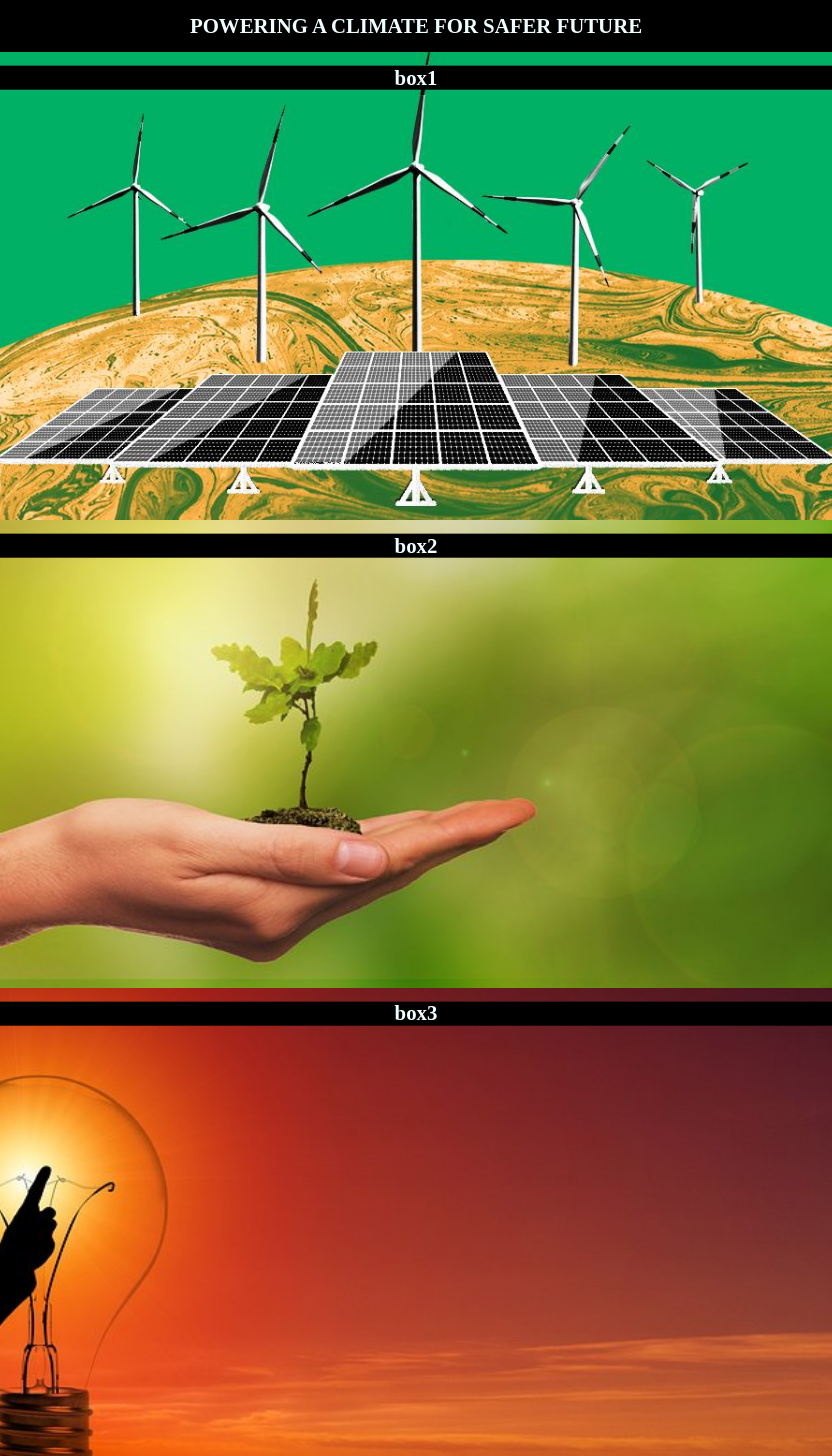
Repository: NavinDayanithi/static-web-design-competition
Page: index.html
These files come from the project's save history. The page is drawn as it stood at one moment and after the next save; the edit follows.
The browser window is 1280 px wide. The pictures show the whole page, at 65% of full size.
Backgrounds fixed to the window are drawn as part of the page.

Above is the page before, as saved 2023-04-28 19:38:46.

### index.html
<!DOCTYPE html>
<html lang="en">
<head>
  <title>POWERING CLIMATE </title>
  <link rel="stylesheet" href="styles.css">
</head>
<body>
    <h1 >POWERING A CLIMATE FOR SAFER FUTURE</h1>
    <div class="box1">
        <h1>box1</h1>
    </div>
    <div class="box2">
        <h1>box2</h1>
    </div>
    <div class="box3">
        <h1>box3</h1>
    </div>
</body>
</html>

### styles.css
*
{
    text-align:center;
    background-color: black;
    color:azure;
}
head{
    background-color: aqua;
}
 body{
    margin: 0;
    padding: 0;
    /* background-color: blue; */
}
head{
    text-align: center;
}

.box1{
    height: 100vh;
    width:100%;
    background-image: url(img1.jpg);
    background-size: cover;
    background-position: center;
    display: table;
    background-attachment: fixed;
}

.box2{
    height: 100vh;
    width:100%;
    background-image: url(img2.jpg);
    background-size: cover;
    background-position: center;
    display: table;
    background-attachment: fixed;
}

.box3{
    height: 100vh;
    width:100%;
    background-image: url(img3.jpg);
    background-size: cover;
    background-position: center;
    display: table;
    background-attachment: fixed;
}

After the next save:
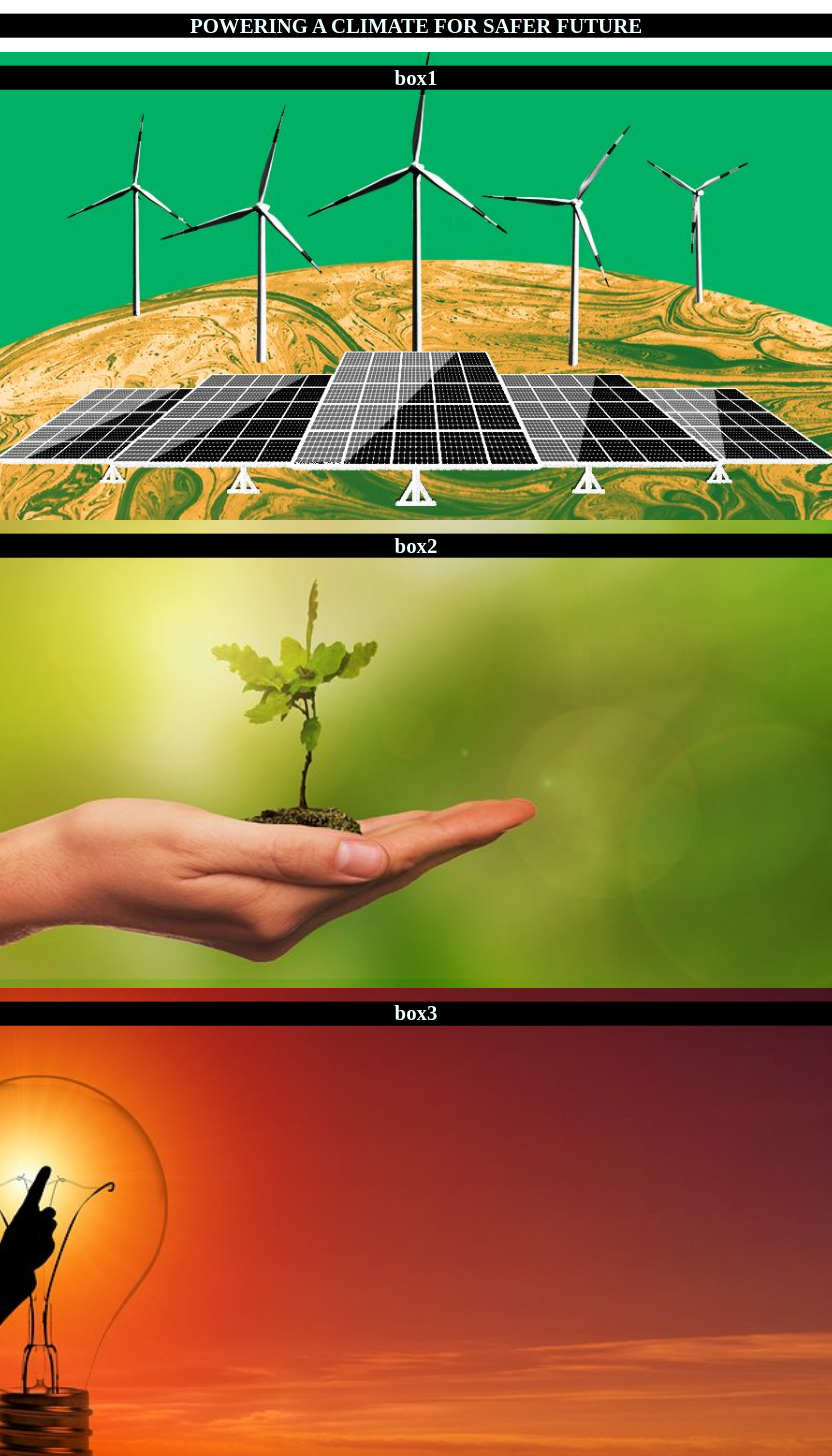
Saved 33 s later.
--- a/styles.css
+++ b/styles.css
@@ -1,4 +1,4 @@
-*
+h1
 {
     text-align:center;
     background-color: black;
